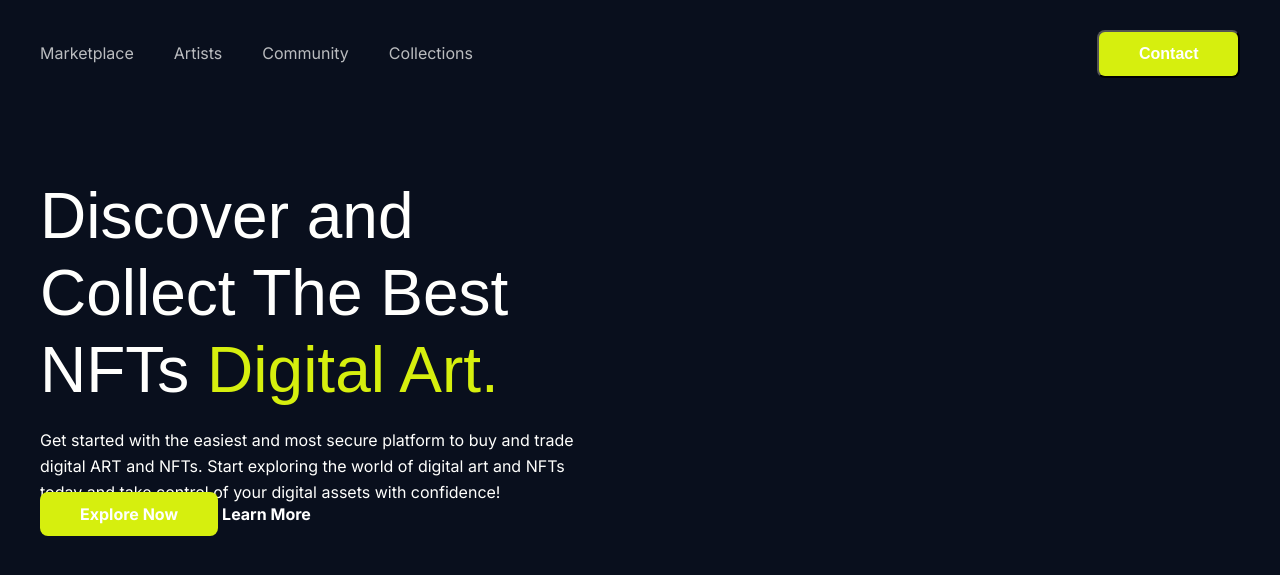
Repository: Kamron5505/NftMarketplace
Page: index.html
The author's editor kept a copy of each file at every save. The page is drawn from the files as they stood at one save, then again after a run of saves.
The browser window is 1280 px wide. The pictures show the whole page.
Some web fonts or font styles are not loaded; a fallback is used.

Above is the page before, as saved 2025-07-08 00:11:17.

After the next 3 saves:
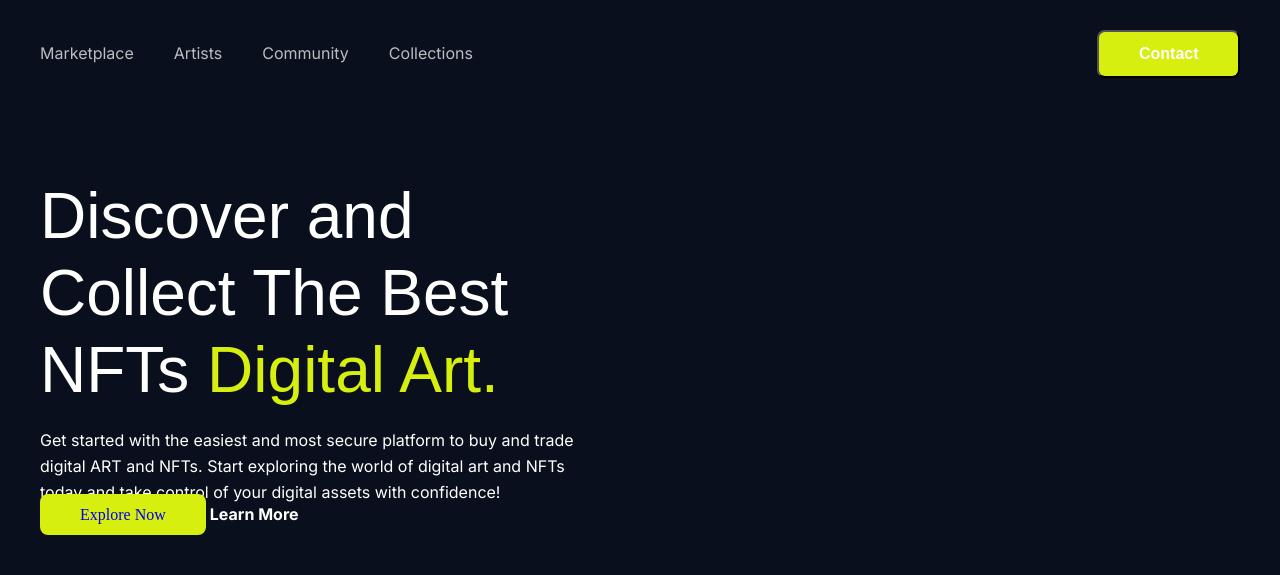
The 3 saves are shown as one change because they came seconds apart.
The last was saved 30 s later.
--- a/index.html
+++ b/index.html
@@ -43,7 +43,7 @@
                         </p>
 
                         <div class="buttons">
-                            <a href="#" class="btn btn-primary">Explore Now</a>
+                            <a href="#" class=" btn-primary">Explore Now</a>
                             <a href="#" class="btn btn-secondary">Learn More</a>
                         </div>
 
